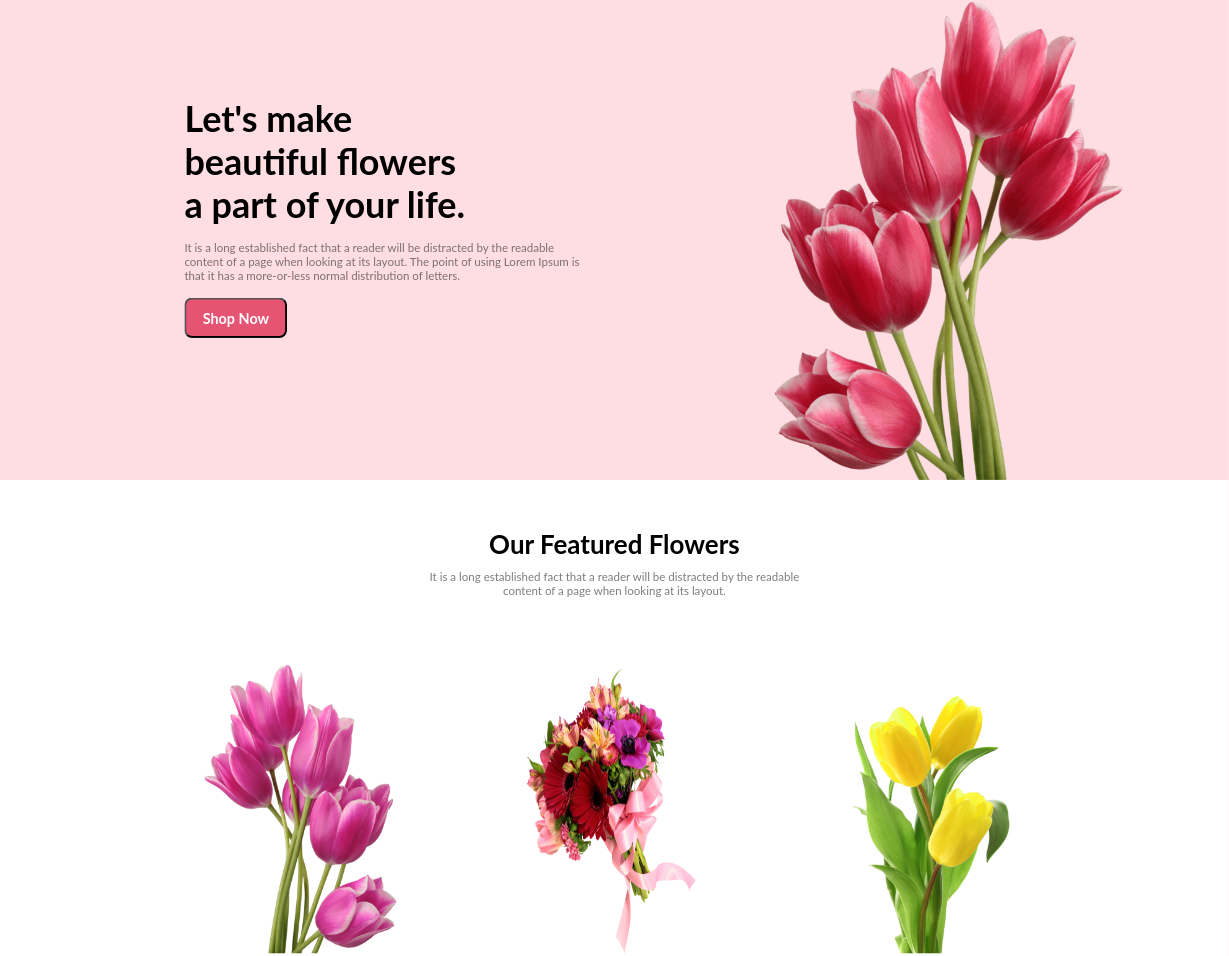
Repository: sadiaafsana138/Flower-Shop_Responsive
Page: index.html
These files come from the project's save history. The page is drawn as it stood at one moment and after the next save; the edit follows.
The browser window is 1280 px wide. The pictures show the whole page, at 96% of full size.

Above is the page before, as saved 2023-08-30 04:03:22.

After the next save:
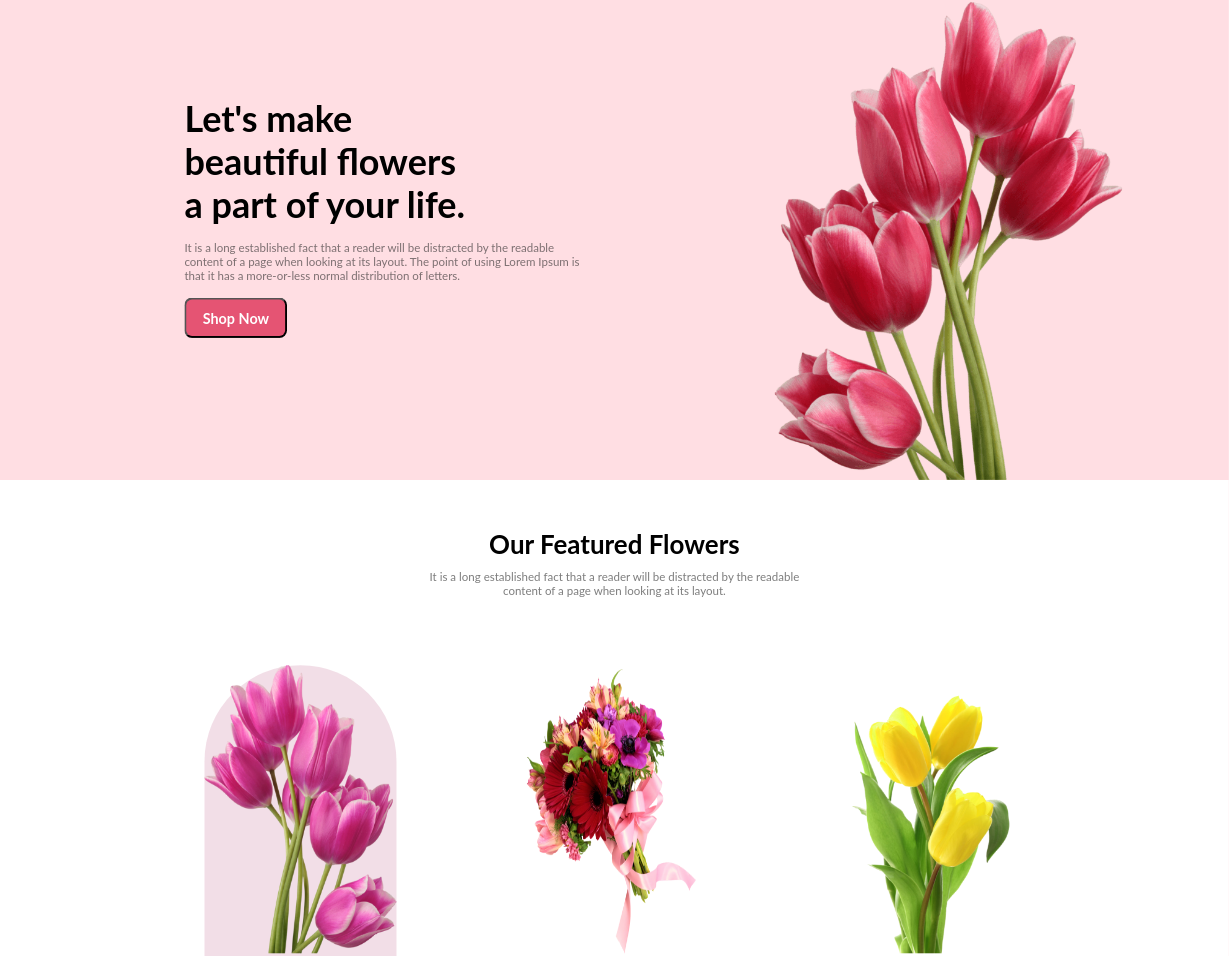
Saved 2 min 38 s later.
--- a/Flower.css
+++ b/Flower.css
@@ -45,9 +45,21 @@
     color:rgba(39, 39, 39, 0.60);
     text-align: center;
 }
-
 .Section_2_pictures{
     margin: 70px 150px 0px;
     justify-content: space-around;
     display: flex;
 }
+#sec2_pic1{
+   /* background-color: lightpink;*/
+    border-radius: 300px 300px 0px 0px;
+    background: rgba(167, 33, 98, 0.15);
+
+
+}
+#sec2_pic1{
+    bac
+}
+#sec2_pic1{
+
+}
